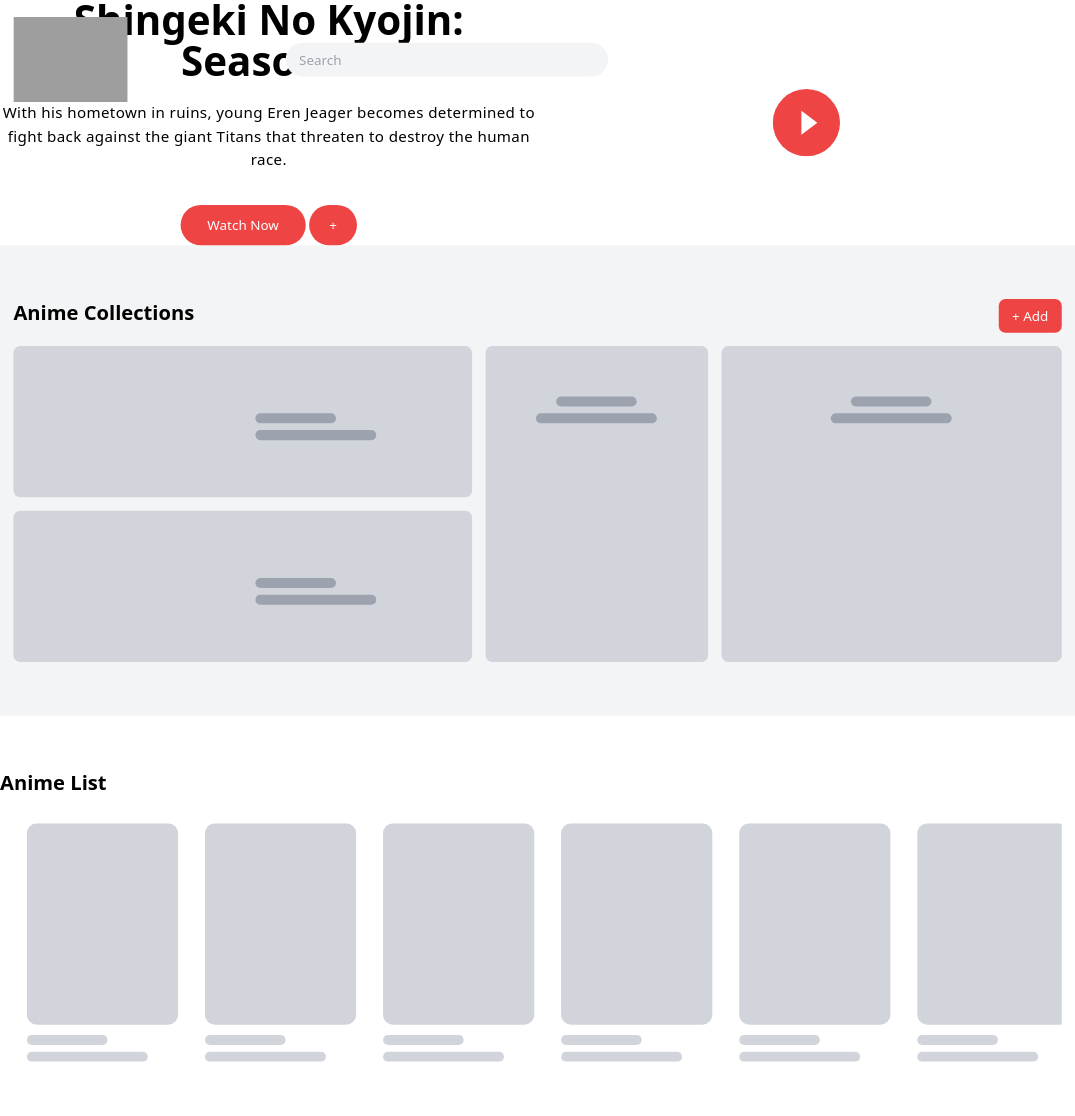
Repository: farrelmuhammad/anime-collections
Page: /
An editor plug-in stored every save of this project. The page is shown before and after the next save, followed by the edit.
The browser window is 1280 px wide. The pictures show the whole page, at 84% of full size.
Pictures or frames that could not be fetched are drawn as grey boxes. The page's requests for data from a server got no answer. The project was rebuilt for these pictures with package versions that can differ from the ones it lists, and the page was loaded fresh each time. No one was signed in, and anything a server would have sent is missing. Also part of the build but not shown: src/App.css.

Above is the page before, as saved 2023-08-06 01:53:34.

After the next save:
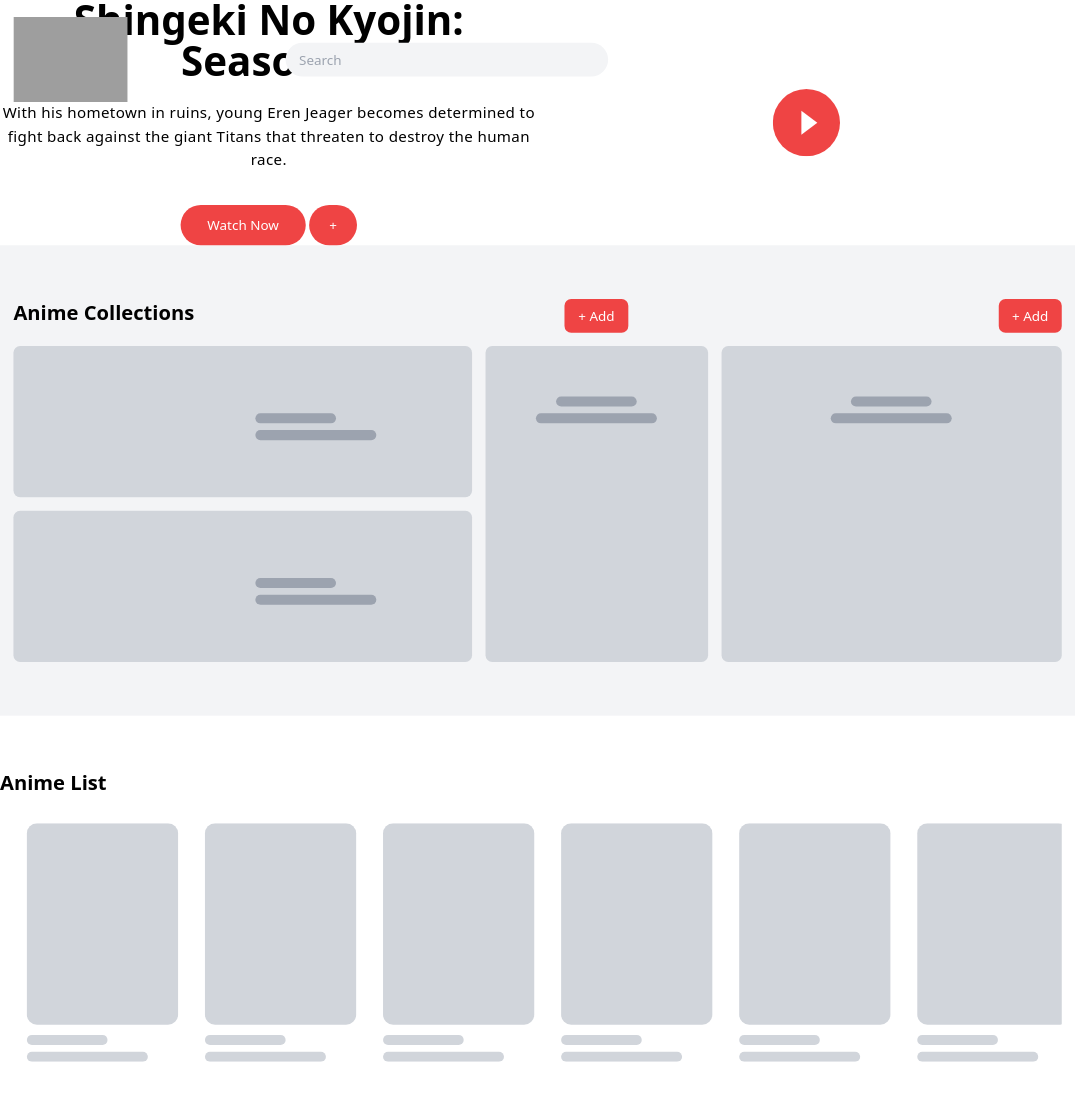
Saved 12 s later.
--- a/src/parts/Home/Categories.tsx
+++ b/src/parts/Home/Categories.tsx
@@ -112,6 +112,9 @@
                     <button className="ml-auto bg-red-500 text-white px-4 py-2 rounded-lg">
                         + Add
                     </button>
+                    <button className="ml-auto bg-red-500 text-white px-4 py-2 rounded-lg">
+                        + Add
+                    </button>
                 </div>
 
                 <div className="grid grid-rows-2 grid-cols-9 gap-4">

After the save that followed:
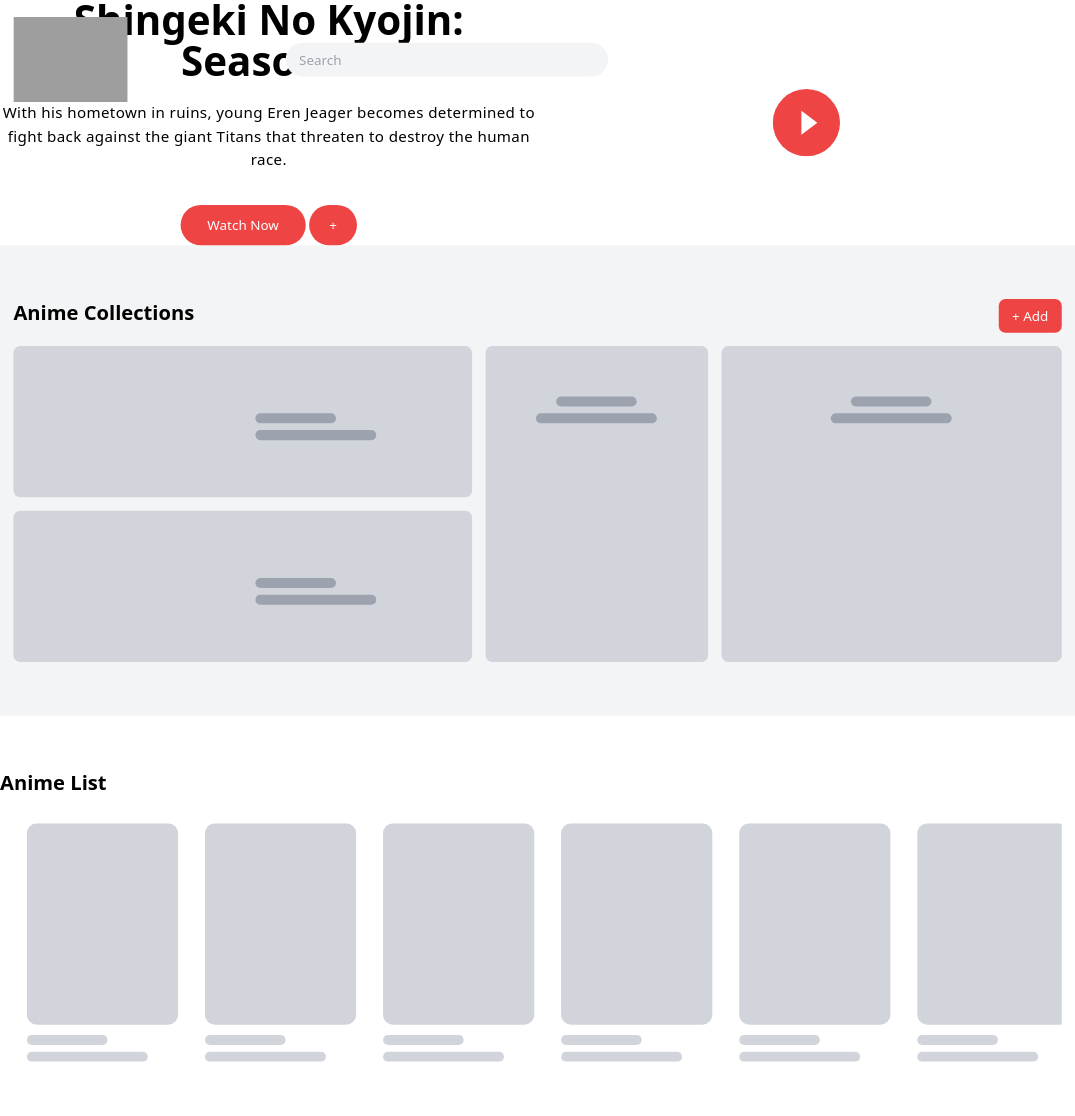
Saved 5 s later.
--- a/src/parts/Home/Categories.tsx
+++ b/src/parts/Home/Categories.tsx
@@ -112,9 +112,6 @@
                     <button className="ml-auto bg-red-500 text-white px-4 py-2 rounded-lg">
                         + Add
                     </button>
-                    <button className="ml-auto bg-red-500 text-white px-4 py-2 rounded-lg">
-                        + Add
-                    </button>
                 </div>
 
                 <div className="grid grid-rows-2 grid-cols-9 gap-4">
